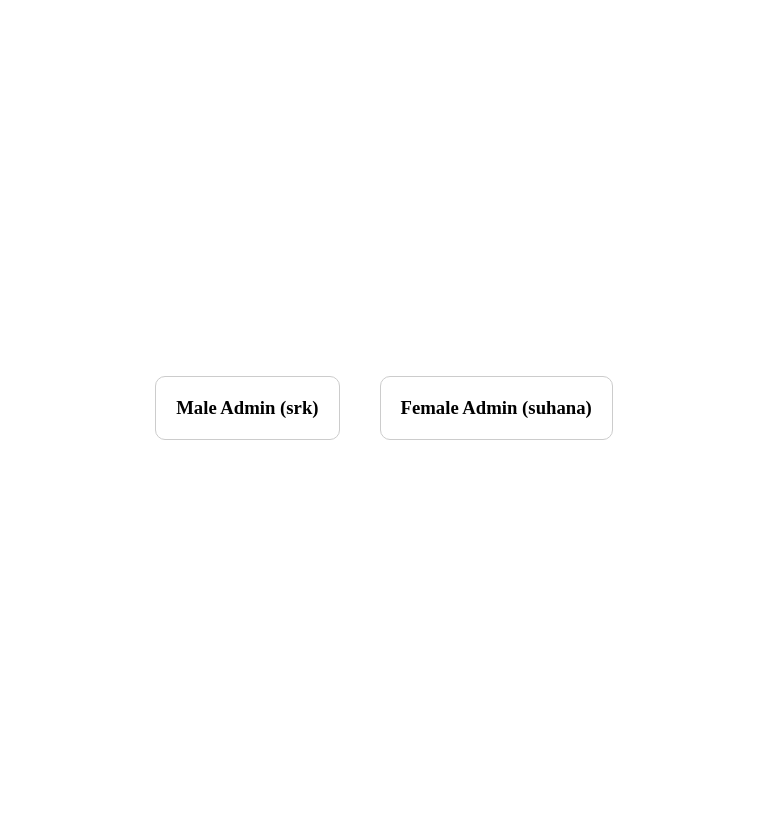
Repository: mdmisri/needy-talk
Page: /home (app in frontend/talk-d1/)
An editor plug-in stored every save of this project. The page is shown before and after the next save, followed by the edit.
The browser window is 768 px wide. The pictures show the whole page.
The page's requests for data from a server got no answer. The project was rebuilt for these pictures with package versions that can differ from the ones it lists, and the page was loaded fresh each time. No one was signed in, and anything a server would have sent is missing. Also part of the build but not shown: frontend/talk-d1/src/components/Login/Login.css, frontend/talk-d1/src/components/Login/Login.js, frontend/talk-d1/src/components/Register/Register.css, frontend/talk-d1/src/components/Register/Register.js, frontend/talk-d1/src/conversationUtils.js, frontend/talk-d1/src/hooks/useConversation.js, frontend/talk-d1/src/components/Chat/styles/Message.css, frontend/talk-d1/src/components/Chat/Message.js and 4 more.

Above is the page before, as saved 2024-07-28 17:25:37.

After the next save:
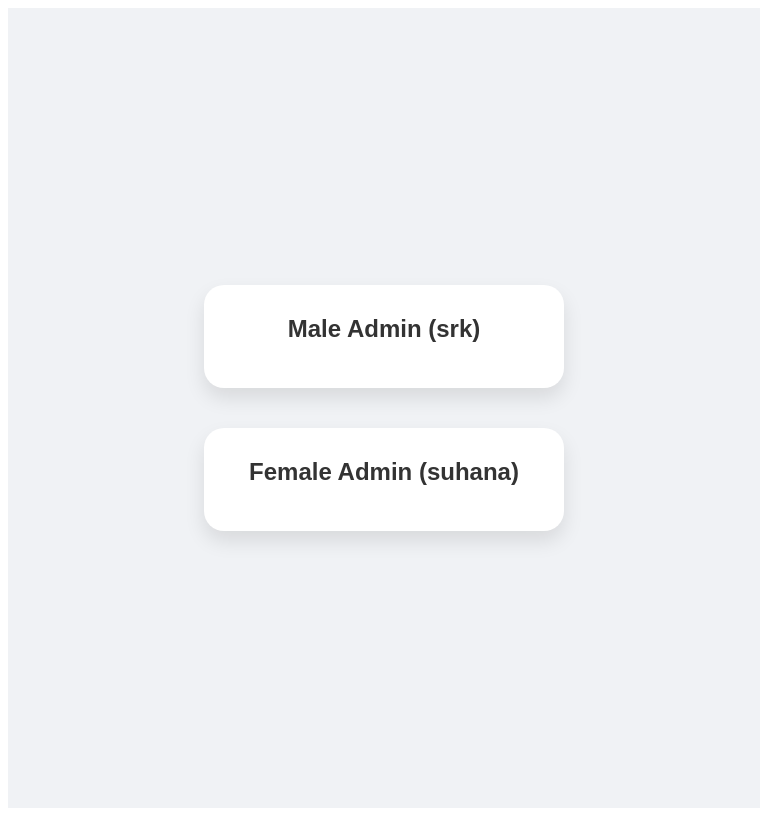
Saved 33 min 42 s later.
--- a/frontend/talk-d1/src/components/Chat/styles/AdminSelection.css
+++ b/frontend/talk-d1/src/components/Chat/styles/AdminSelection.css
@@ -4,22 +4,68 @@
     justify-content: center;
     align-items: center;
     height: 100vh;
+    background-color: #f0f2f5;
+    font-family: 'Arial', sans-serif;
 }
 
 .card {
+    background-color: #ffffff;
     margin: 0 20px;
-    padding: 20px;
-    border: 1px solid #ccc;
-    border-radius: 10px;
+    padding: 30px;
+    border-radius: 20px;
     text-align: center;
     cursor: pointer;
-    transition: transform 0.2s;
+    transition: all 0.3s ease;
+    box-shadow: 0 10px 20px rgba(0, 0, 0, 0.1);
+    width: 200px;
 }
 
 .card:hover {
-    transform: scale(1.05);
+    transform: translateY(-10px);
+    box-shadow: 0 15px 30px rgba(0, 0, 0, 0.2);
 }
 
 .card h3 {
-    margin: 0;
+    margin: 0 0 15px 0;
+    color: #333;
+    font-size: 24px;
+    font-weight: 600;
 }
+
+.card-icon {
+    font-size: 48px;
+    margin-bottom: 20px;
+    color: #007bff;
+}
+
+.card-description {
+    font-size: 14px;
+    color: #666;
+    margin-bottom: 20px;
+}
+
+.card-button {
+    background-color: #007bff;
+    color: white;
+    border: none;
+    padding: 10px 20px;
+    border-radius: 50px;
+    font-size: 16px;
+    transition: background-color 0.3s ease;
+}
+
+.card-button:hover {
+    background-color: #0056b3;
+}
+
+@media (max-width: 768px) {
+    .admin-selection-container {
+        flex-direction: column;
+    }
+
+    .card {
+        margin: 20px 0;
+        width: 80%;
+        max-width: 300px;
+    }
+}
